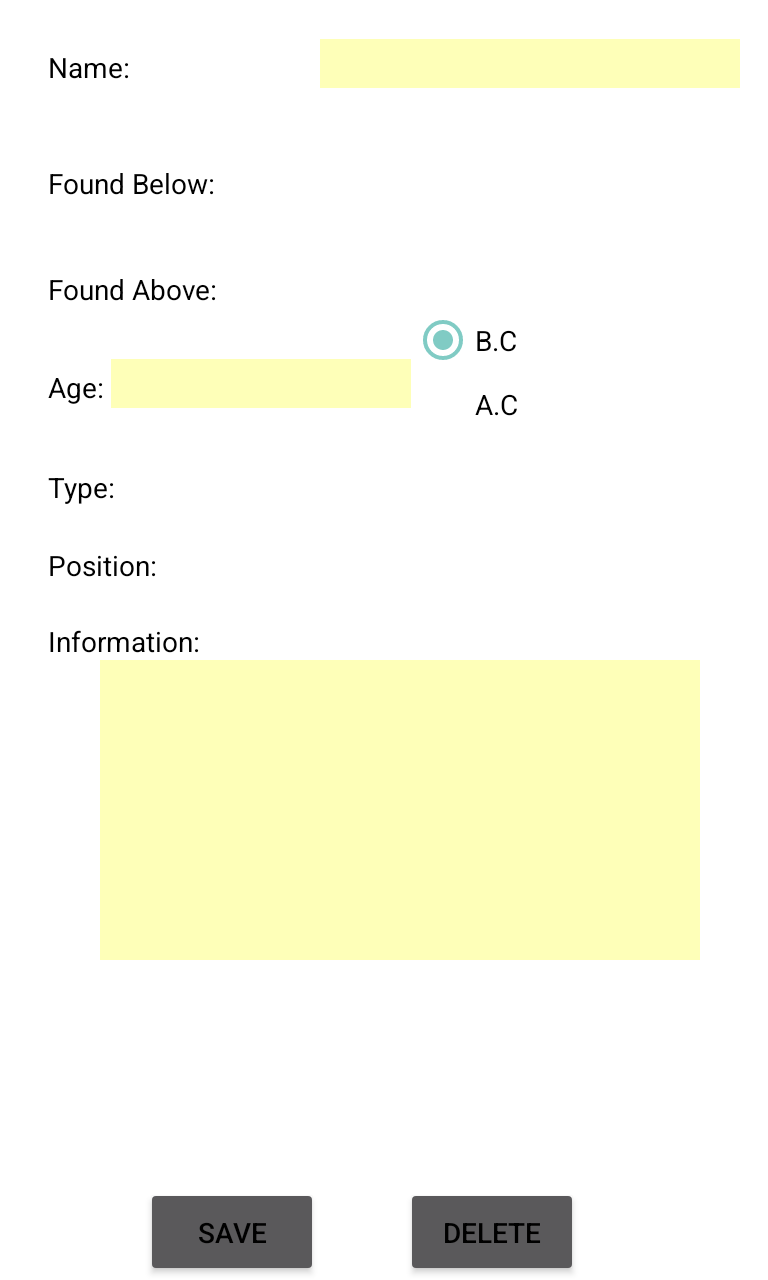
Repository: qfornaguera/AppQuelogy
Layout: AppQueology/res/layout/activity_artifact.xml
These files come from the project's save history. The layout is drawn as it stood at one moment and after the next save; the edit follows.
It is drawn on a 768 x 1280 px phone screen (xhdpi) without system bars, with theme Theme.AppCompat; the app's code is not run.

Above is the layout before, as saved 2014-05-26 21:40:28.

### AppQueology/res/layout/activity_artifact.xml
<RelativeLayout xmlns:tools="http://schemas.android.com/tools"
    xmlns:android="http://schemas.android.com/apk/res/android"
    android:layout_width="wrap_content"
    android:layout_height="wrap_content"
    android:background="#ffffff"
    tools:context="com.example.appqueology.ArtifactActivity" >

	<ScrollView
	    android:layout_width="wrap_content"
	    android:layout_height="wrap_content" >

		<RelativeLayout
		    android:id="@+id/container"
		    android:layout_width="wrap_content"
		    android:layout_height="594dp"
		    android:background="#ffffff"
		    tools:ignore="MergeRootFrame" >

		    <EditText
		        android:id="@+id/editText1"
		        android:layout_width="wrap_content"
		        android:layout_height="wrap_content"
		        android:layout_alignBaseline="@+id/textView1"
		        android:layout_alignBottom="@+id/textView1"
		        android:layout_alignParentRight="true"
		        android:layout_marginRight="14dp"
		        android:background="#FEFFB8"
		        android:ems="10"
		        android:maxLength="25"
		        android:paddingLeft="10dp"
		        android:textColor="#000000" >

		    </EditText>

		    <TextView
		        android:id="@+id/textView1"
		        android:layout_width="wrap_content"
		        android:layout_height="wrap_content"
		        android:layout_alignParentLeft="true"
		        android:layout_alignParentTop="true"
		        android:layout_marginLeft="24dp"
		        android:layout_marginTop="24dp"
		        android:text="Name: "
		        android:textColor="#000000" />



		    <TextView
		        android:id="@+id/textView2"
		        android:layout_width="wrap_content"
		        android:layout_height="wrap_content"
		        android:layout_alignLeft="@+id/textView1"
		        android:layout_below="@+id/editText1"
		        android:layout_marginTop="38dp"
		        android:text="Found Below: "
		        android:textAppearance="?android:attr/textAppearanceSmall"
		        android:textColor="#000000" />

		    <TextView
		        android:id="@+id/textView3"
		        android:layout_width="wrap_content"
		        android:layout_height="wrap_content"
		        android:layout_alignBaseline="@+id/textView2"
		        android:layout_alignBottom="@+id/textView2"
		        android:layout_alignRight="@+id/editText1"
		        android:layout_toRightOf="@+id/textView2"
		        android:ems="10"
		        android:textColor="#000000" />

		    <TextView
		        android:id="@+id/textView4"
		        android:layout_width="wrap_content"
		        android:layout_height="wrap_content"
		        android:layout_alignLeft="@+id/textView2"
		        android:layout_below="@+id/textView2"
		        android:layout_marginTop="34dp"
		        android:text="Found Above: "
		        android:textAppearance="?android:attr/textAppearanceSmall"
		        android:textColor="#000000" />

		    <TextView
		        android:id="@+id/textView5"
		        android:layout_width="wrap_content"
		        android:layout_height="wrap_content"
		        android:layout_alignBaseline="@+id/textView4"
		        android:layout_alignBottom="@+id/textView4"
		        android:layout_alignParentRight="true"
		        android:layout_toRightOf="@+id/textView4"
		        android:textColor="#000000" />

		    <TextView
		        android:id="@+id/textView6"
		        android:layout_width="wrap_content"
		        android:layout_height="wrap_content"
		        android:layout_alignLeft="@+id/textView4"
		        android:layout_below="@+id/textView4"
		        android:layout_marginTop="30dp"
		        android:text="Age: "
		        android:textColor="#000000" />

		    <EditText
		        android:id="@+id/editText2"
		        android:layout_width="wrap_content"
		        android:layout_height="wrap_content"
		        android:layout_alignBaseline="@+id/textView6"
		        android:layout_alignBottom="@+id/textView6"
		        android:layout_toRightOf="@+id/textView6"
		        android:background="#FEFFB8"
		        android:ems="10"
		        android:inputType="numberSigned"
		        android:paddingLeft="10dp"
		        android:textColor="#000000"
		        android:width="150dp" />

		    <TextView
		        android:id="@+id/textView7"
		        android:layout_width="wrap_content"
		        android:layout_height="wrap_content"
		        android:layout_alignLeft="@+id/textView6"
		        android:layout_below="@+id/radioGroup1"
		        android:layout_marginTop="16dp"
		        android:text="Type: "
		        android:textColor="#000000" />

		    <RadioGroup
		        android:id="@+id/radioGroup1"
		        android:layout_width="wrap_content"
		        android:layout_height="wrap_content"
		        android:layout_below="@+id/textView5"
		        android:layout_toRightOf="@+id/editText2"
		        android:width="50dp" >

		        <RadioButton
		            android:id="@+id/radio0"
		            android:layout_width="wrap_content"
		            android:layout_height="wrap_content"
		            android:checked="true"
		            android:text="B.C"
		            android:textColor="#000000" />

		        <RadioButton
		            android:id="@+id/radio1"
		            android:layout_width="wrap_content"
		            android:layout_height="wrap_content"
		            android:text="A.C"
		            android:textColor="#000000" />
		    </RadioGroup>

		    <TextView
		        android:id="@+id/textView8"
		        android:layout_width="wrap_content"
		        android:layout_height="wrap_content"
		        android:layout_alignBottom="@+id/textView7"
		        android:layout_alignRight="@+id/textView3"
		        android:layout_toRightOf="@+id/textView1"
		        android:textColor="#000000" />

		    <TextView
		        android:id="@+id/textView9"
		        android:layout_width="wrap_content"
		        android:layout_height="wrap_content"
		        android:layout_alignLeft="@+id/textView7"
		        android:layout_below="@+id/textView7"
		        android:layout_marginTop="58dp"
		        android:text="Information: "
		        android:textColor="#000000" />

		    <TextView
		        android:id="@+id/textView10"
		        android:layout_width="wrap_content"
		        android:layout_height="wrap_content"
		        android:layout_alignLeft="@+id/textView7"
		        android:layout_below="@+id/textView7"
		        android:layout_marginTop="20dp"
		        android:text="Position:"
		        android:textColor="#000000" />

		    <Spinner
		        android:id="@+id/spinner1"
		        android:layout_width="wrap_content"
		        android:layout_height="wrap_content"
		        android:layout_alignLeft="@+id/editText1"
		        android:layout_alignTop="@+id/textView10" />

		    <EditText
		        android:id="@+id/editText3"
		        android:layout_width="300dp"
		        android:layout_height="150dp"
		        android:layout_alignParentLeft="true"
		        android:layout_below="@+id/textView9"
		        android:layout_marginLeft="50dp"
		        android:background="#FEFFB8"
		        android:ems="10"
		        android:gravity="center_vertical|top"
		        android:inputType="textMultiLine"
		        android:paddingLeft="10dp"
		        android:textColor="#000000"
		        android:textSize="10sp" >

		    </EditText>

		</RelativeLayout>
	</ScrollView>

    <Button
        android:id="@+id/delete"
        android:layout_width="wrap_content"
        android:layout_height="wrap_content"
        android:layout_alignParentBottom="true"
        android:layout_marginLeft="42dp"
        android:layout_toRightOf="@+id/save"
        android:text="Delete"
        android:textColor="#000000" />

    <Button
        android:id="@+id/save"
        android:layout_width="wrap_content"
        android:layout_height="wrap_content"
        android:layout_alignParentBottom="true"
        android:layout_alignParentLeft="true"
        android:layout_marginLeft="72dp"
        android:text="Save"
        android:textColor="#000000" />

</RelativeLayout>

After the next save:
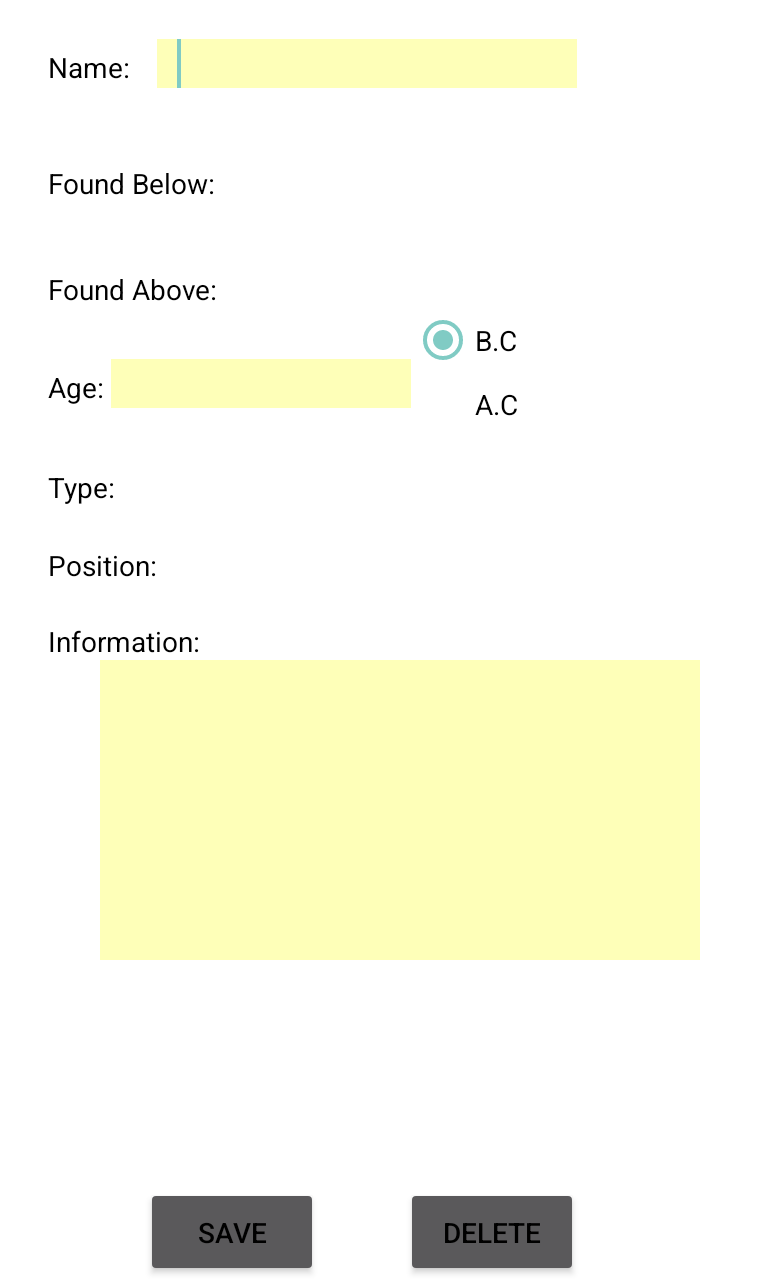
Saved 4 min 15 s later.
--- a/AppQueology/res/layout/activity_artifact.xml
+++ b/AppQueology/res/layout/activity_artifact.xml
@@ -15,22 +15,6 @@
 		    android:layout_height="594dp"
 		    android:background="#ffffff"
 		    tools:ignore="MergeRootFrame" >
-
-		    <EditText
-		        android:id="@+id/editText1"
-		        android:layout_width="wrap_content"
-		        android:layout_height="wrap_content"
-		        android:layout_alignBaseline="@+id/textView1"
-		        android:layout_alignBottom="@+id/textView1"
-		        android:layout_alignParentRight="true"
-		        android:layout_marginRight="14dp"
-		        android:background="#FEFFB8"
-		        android:ems="10"
-		        android:maxLength="25"
-		        android:paddingLeft="10dp"
-		        android:textColor="#000000" >
-
-		    </EditText>
 
 		    <TextView
 		        android:id="@+id/textView1"
@@ -197,6 +181,22 @@
 		        android:textColor="#000000"
 		        android:textSize="10sp" >
 
+		    </EditText>
+
+		    <EditText
+		        android:id="@+id/editText1"
+		        android:layout_width="wrap_content"
+		        android:layout_height="wrap_content"
+		        android:layout_alignBaseline="@+id/textView1"
+		        android:layout_alignBottom="@+id/textView1"
+		        android:layout_toRightOf="@+id/textView10"
+		        android:background="#FEFFB8"
+		        android:ems="10"
+		        android:maxLength="25"
+		        android:paddingLeft="10dp"
+		        android:textColor="#000000" >
+
+		        <requestFocus />
 		    </EditText>
 
 		</RelativeLayout>
